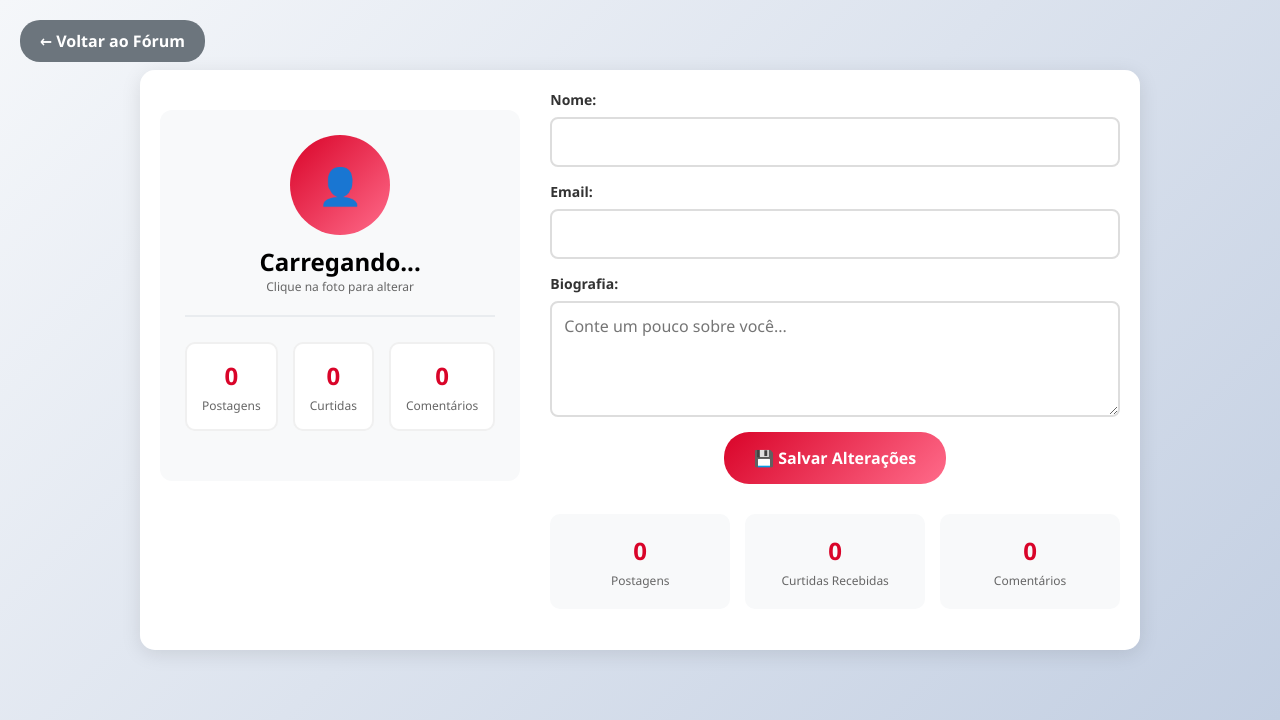
Repository: annaluizapm/MicroMidia
Page: front/HTML/perfil.html
The author's editor kept a copy of each file at every save. The page is drawn from the files as they stood at one save, then again after the next save.
The browser window is 1280 px wide. The pictures show the whole page.
The page's requests for data from a server got no answer. An inner scrolling area shows only its first screen.

Above is the page before, as saved 2025-08-16 00:41:05.

### front/HTML/perfil.html
<!DOCTYPE html>
<html lang="pt-BR">
<head>
    <meta charset="UTF-8">
    <meta name="viewport" content="width=device-width, initial-scale=1.0">
    <title>Meu Perfil - Micro Mídia</title>
    <link rel="stylesheet" href="../CSS/style.css">
    <style>
        body {
            margin: 0;
            padding: 0;
            background: linear-gradient(135deg, #f5f7fa 0%, #c3cfe2 100%);
            min-height: 100vh;
        }

        .perfil-container {
            max-width: 1000px;
            margin: 20px auto;
            padding: 20px;
            background: white;
            border-radius: 15px;
            box-shadow: 0 4px 20px rgba(0,0,0,0.1);
            height: calc(100vh - 140px);
            overflow-y: auto;
            display: grid;
            grid-template-columns: 1fr 2fr;
            gap: 30px;
        }

        .perfil-sidebar {
            background: #f8f9fa;
            padding: 25px;
            border-radius: 12px;
            height: fit-content;
            position: sticky;
            top: 20px;
        }

        .perfil-content {
            padding: 0;
        }

        .perfil-header {
            text-align: center;
            margin-bottom: 25px;
            padding-bottom: 20px;
            border-bottom: 2px solid #e9ecef;
        }

        .foto-perfil {
            width: 100px;
            height: 100px;
            border-radius: 50%;
            object-fit: cover;
            border: 3px solid #D90429;
            margin-bottom: 10px;
            cursor: pointer;
        }

        .foto-placeholder {
            width: 100px;
            height: 100px;
            border-radius: 50%;
            background: linear-gradient(135deg, #D90429, #ff6b8a);
            display: flex;
            align-items: center;
            justify-content: center;
            color: white;
            font-size: 36px;
            margin: 0 auto 10px;
            cursor: pointer;
        }

        .perfil-form {
            display: grid;
            gap: 15px;
            margin-bottom: 25px;
        }

        .form-group {
            display: flex;
            flex-direction: column;
        }

        .form-group label {
            font-weight: 600;
            color: #333;
            margin-bottom: 5px;
            font-size: 14px;
        }

        .form-group input,
        .form-group textarea {
            padding: 10px;
            border: 2px solid #ddd;
            border-radius: 8px;
            font-size: 14px;
            transition: border-color 0.3s;
        }

        .form-group input:focus,
        .form-group textarea:focus {
            outline: none;
            border-color: #D90429;
        }

        .stats-grid {
            display: grid;
            grid-template-columns: repeat(3, 1fr);
            gap: 15px;
            margin-bottom: 25px;
        }

        .stat-item {
            background: white;
            border: 2px solid #f0f0f0;
            padding: 15px;
            border-radius: 10px;
            text-align: center;
        }

        .stat-number {
            font-size: 24px;
            font-weight: bold;
            color: #D90429;
        }

        .stat-label {
            color: #666;
            font-size: 12px;
            margin-top: 3px;
        }

        .minhas-postagens {
            background: white;
            border-radius: 12px;
            padding: 20px;
            max-height: 400px;
            overflow-y: auto;
        }

        .minhas-postagens h3 {
            margin-top: 0;
            color: #333;
            border-bottom: 2px solid #f0f0f0;
            padding-bottom: 10px;
        }

        .post-item {
            background: #f8f9fa;
            padding: 12px;
            border-radius: 8px;
            margin-bottom: 10px;
            border-left: 3px solid #D90429;
        }

        .post-content {
            font-size: 14px;
            color: #333;
            margin-bottom: 5px;
        }

        .post-meta {
            font-size: 11px;
            color: #666;
            display: flex;
            justify-content: space-between;
        }
            gap: 20px;
        }

        .form-group {
            display: flex;
            flex-direction: column;
        }

        .form-group label {
            font-weight: 600;
            margin-bottom: 8px;
            color: #333;
        }

        .form-group input, .form-group textarea {
            padding: 12px;
            border: 2px solid #ddd;
            border-radius: 8px;
            font-size: 16px;
            transition: border-color 0.3s;
        }

        .form-group input:focus, .form-group textarea:focus {
            outline: none;
            border-color: #D90429;
            box-shadow: 0 0 0 3px rgba(217, 4, 41, 0.1);
        }

        .btn-salvar {
            background: linear-gradient(135deg, #D90429 0%, #ff6b8a 100%);
            color: white;
            border: none;
            padding: 15px 30px;
            border-radius: 25px;
            font-size: 16px;
            font-weight: 600;
            cursor: pointer;
            transition: all 0.3s ease;
            justify-self: center;
            width: fit-content;
        }

        .btn-salvar:hover {
            transform: translateY(-2px);
            box-shadow: 0 6px 20px rgba(217, 4, 41, 0.4);
        }

        .estatisticas {
            display: grid;
            grid-template-columns: repeat(auto-fit, minmax(150px, 1fr));
            gap: 15px;
            margin-top: 30px;
        }

        .stat-card {
            background: #f8f9fa;
            padding: 20px;
            border-radius: 10px;
            text-align: center;
        }

        .stat-number {
            font-size: 24px;
            font-weight: bold;
            color: #D90429;
        }

        .stat-label {
            color: #666;
            margin-top: 5px;
        }

        .minhas-postagens {
            margin-top: 40px;
        }

        .post-item {
            background: #f8f9fa;
            padding: 15px;
            border-radius: 10px;
            margin-bottom: 10px;
            border-left: 4px solid #D90429;
        }

        .post-content {
            margin-bottom: 10px;
        }

        .post-meta {
            font-size: 12px;
            color: #666;
            display: flex;
            justify-content: space-between;
        }

        #file-input {
            display: none;
        }

        .voltar-btn {
            position: absolute;
            top: 20px;
            left: 20px;
            background: #6c757d;
            color: white;
            text-decoration: none;
            padding: 10px 20px;
            border-radius: 20px;
            font-weight: 600;
            transition: all 0.3s;
        }

        .voltar-btn:hover {
            background: #5a6268;
            transform: translateY(-2px);
        }
    </style>
</head>
<body>
    <a href="forum.html" class="voltar-btn">← Voltar ao Fórum</a>

    <div class="perfil-container">
        <!-- Sidebar do Perfil -->
        <div class="perfil-sidebar">
            <div class="perfil-header">
                <div class="foto-placeholder" id="foto-container" onclick="document.getElementById('file-input').click()">
                    👤
                </div>
                <input type="file" id="file-input" accept="image/*" onchange="handleFotoUpload(event)">
                <h2 id="nome-usuario">Carregando...</h2>
                <p style="font-size: 12px; color: #666;">Clique na foto para alterar</p>
            </div>

            <div class="stats-grid">
                <div class="stat-item">
                    <div class="stat-number" id="total-postagens">0</div>
                    <div class="stat-label">Postagens</div>
                </div>
                <div class="stat-item">
                    <div class="stat-number" id="total-curtidas">0</div>
                    <div class="stat-label">Curtidas</div>
                </div>
                <div class="stat-item">
                    <div class="stat-number" id="total-comentarios">0</div>
                    <div class="stat-label">Comentários</div>
                </div>
            </div>
        </div>

        <!-- Conteúdo Principal -->
        <div class="perfil-content">
            <form class="perfil-form" id="perfil-form">
            <div class="form-group">
                <label for="nome">Nome:</label>
                <input type="text" id="nome" name="nome" required>
            </div>

            <div class="form-group">
                <label for="email">Email:</label>
                <input type="email" id="email" name="email" required>
            </div>

            <div class="form-group">
                <label for="bio">Biografia:</label>
                <textarea id="bio" name="bio" rows="4" placeholder="Conte um pouco sobre você..."></textarea>
            </div>

            <button type="submit" class="btn-salvar">💾 Salvar Alterações</button>
        </form>

        <div class="estatisticas">
            <div class="stat-card">
                <div class="stat-number" id="total-postagens">0</div>
                <div class="stat-label">Postagens</div>
            </div>
            <div class="stat-card">
                <div class="stat-number" id="total-curtidas">0</div>
                <div class="stat-label">Curtidas Recebidas</div>
            </div>
            <div class="stat-card">
                <div class="stat-number" id="total-comentarios">0</div>
                <div class="stat-label">Comentários</div>
            </div>
        </div>

        <div class="minhas-postagens">
            <h3>Minhas Postagens</h3>
            <div id="lista-postagens">
                <p>Carregando suas postagens...</p>
            </div>
        </div>
    </div>

    <script src="../JS/script.js"></script>
    <script>
        // Variável global para o usuário atual
        let usuarioAtual = JSON.parse(localStorage.getItem('usuarioLogado')) || {id: 1};

        // Carregar dados do perfil ao carregar a página
        document.addEventListener('DOMContentLoaded', async () => {
            await carregarPerfilUsuario();
            await carregarPostagensUsuario();
            await carregarEstatisticas();

            // Configurar formulário
            document.getElementById('perfil-form').addEventListener('submit', handleSalvarPerfil);
        });

        // Carregar dados do usuário
        async function carregarPerfilUsuario() {
            try {
                const response = await fetch(`${API_BASE_URL}/usuarios/${usuarioAtual.id}`);
                if (response.ok) {
                    const usuario = await response.json();

                    document.getElementById('nome-usuario').textContent = usuario.nome;
                    document.getElementById('nome').value = usuario.nome;
                    document.getElementById('email').value = usuario.email;
                    document.getElementById('bio').value = usuario.bio || '';

                    // Carregar foto se existir
                    if (usuario.foto_perfil) {
                        const fotoContainer = document.getElementById('foto-container');
                        fotoContainer.innerHTML = `<img src="${usuario.foto_perfil}" class="foto-perfil" alt="Foto do perfil">`;
                    }
                }
            } catch (error) {
                console.error('Erro ao carregar perfil:', error);
            }
        }

        // Salvar alterações do perfil
        async function handleSalvarPerfil(event) {
            event.preventDefault();

            const nome = document.getElementById('nome').value;
            const email = document.getElementById('email').value;
            const bio = document.getElementById('bio').value;

            try {
                const response = await fetch(`${API_BASE_URL}/usuarios/${usuarioAtual.id}`, {
                    method: 'PUT',
                    headers: {
                        'Content-Type': 'application/json'
                    },
                    body: JSON.stringify({ nome, email, bio })
                });

                if (response.ok) {
                    mostrarMensagem('Perfil atualizado com sucesso!', 'sucesso');
                    document.getElementById('nome-usuario').textContent = nome;

                    // Atualizar localStorage
                    usuarioAtual.nome = nome;
                    usuarioAtual.email = email;
                    usuarioAtual.bio = bio;
                    localStorage.setItem('usuarioLogado', JSON.stringify(usuarioAtual));
                } else {
                    mostrarMensagem('Erro ao atualizar perfil', 'erro');
                }
            } catch (error) {
                console.error('Erro ao salvar perfil:', error);
                mostrarMensagem('Erro de conexão', 'erro');
            }
        }

        // Upload de foto (simulado - só frontend por simplicidade)
        function handleFotoUpload(event) {
            const file = event.target.files[0];
            if (file) {
                const reader = new FileReader();
                reader.onload = function(e) {
                    const fotoContainer = document.getElementById('foto-container');
                    fotoContainer.innerHTML = `<img src="${e.target.result}" class="foto-perfil" alt="Foto do perfil">`;
                    mostrarMensagem('Foto alterada! (Salve para aplicar)', 'sucesso');
                };
                reader.readAsDataURL(file);
            }
        }

        // Carregar postagens do usuário
        async function carregarPostagensUsuario() {
            try {
                const response = await fetch(`${API_BASE_URL}/postagens`);
                if (response.ok) {
                    const todasPostagens = await response.json();
                    const minhasPostagens = todasPostagens.filter(p => p.usuario_id === usuarioAtual.id);

                    const container = document.getElementById('lista-postagens');

                    if (minhasPostagens.length === 0) {
                        container.innerHTML = '<p style="color: #666; font-style: italic;">Você ainda não fez nenhuma postagem.</p>';
                        return;
                    }

                    container.innerHTML = minhasPostagens.map(post => `
                        <div class="post-item">
                            <div class="post-content">${post.conteudo}</div>
                            <div class="post-meta">
                                <span>${new Date(post.criado_em).toLocaleString()}</span>
                                <span>❤️ ${post.curtidas || 0} | 💬 ${post.comentarios || 0}</span>
                            </div>
                        </div>
                    `).join('');
                }
            } catch (error) {
                console.error('Erro ao carregar postagens:', error);
                document.getElementById('lista-postagens').innerHTML = '<p>Erro ao carregar postagens</p>';
            }
        }

        // Carregar estatísticas
        async function carregarEstatisticas() {
            try {
                const response = await fetch(`${API_BASE_URL}/postagens`);
                if (response.ok) {
                    const todasPostagens = await response.json();
                    const minhasPostagens = todasPostagens.filter(p => p.usuario_id === usuarioAtual.id);

                    const totalPostagens = minhasPostagens.length;
                    const totalCurtidas = minhasPostagens.reduce((sum, post) => sum + (post.curtidas || 0), 0);
                    const totalComentarios = minhasPostagens.reduce((sum, post) => sum + (post.comentarios || 0), 0);

                    document.getElementById('total-postagens').textContent = totalPostagens;
                    document.getElementById('total-curtidas').textContent = totalCurtidas;
                    document.getElementById('total-comentarios').textContent = totalComentarios;
                }
            } catch (error) {
                console.error('Erro ao carregar estatísticas:', error);
            }
        }
    </script>
</body>
</html>

### front/CSS/style.css
* {
    margin: 0;
    padding: 0;
    box-sizing: border-box;
    font-family: 'Segoe UI', Tahoma, Geneva, Verdana, sans-serif;
}

body {
    display: flex;
    justify-content: center;
    align-items: center;
    height: 100vh;
    background: linear-gradient(135deg, #EBDFCC 0%, #d4c1a8 100%);
    overflow: hidden;
}

.container {
    display: flex;
    flex-direction: column;
    justify-content: center;
    align-items: center;
    gap: 30px;
    background: rgba(255, 255, 255, 0.9);
    padding: 40px;
    border-radius: 20px;
    box-shadow: 0 15px 35px rgba(0, 0, 0, 0.1);
    backdrop-filter: blur(10px);
    animation: fadeInUp 0.8s ease;
}

@keyframes fadeInUp {
    from {
        opacity: 0;
        transform: translateY(30px);
    }
    to {
        opacity: 1;
        transform: translateY(0);
    }
}

img {
    max-width: 120%;
    height: auto;
    border-radius: 15px;
    transition: transform 0.3s ease;
    box-shadow: 0 8px 25px rgba(0, 0, 0, 0.1);
}

img:hover {
    transform: scale(1.05);
}

.buttons {
    display: flex;
    flex-direction: row;
    justify-content: center;
    align-items: center;
    gap: 20px;
}

.btn-primary {
    padding: 15px 30px;
    background: linear-gradient(135deg, #D90429 0%, #ff6b8a 100%);
    color: white;
    border: none;
    border-radius: 25px;
    cursor: pointer;
    font-weight: 600;
    font-size: 16px;
    transition: all 0.3s ease;
    box-shadow: 0 4px 15px rgba(217, 4, 41, 0.3);
    position: relative;
    overflow: hidden;
}

.btn-primary:hover {
    transform: translateY(-3px);
    box-shadow: 0 6px 20px rgba(217, 4, 41, 0.4);
}

.btn-primary:active {
    transform: translateY(-1px);
}

.btn-primary::before {
    content: '';
    position: absolute;
    top: 0;
    left: -100%;
    width: 100%;
    height: 100%;
    background: linear-gradient(90deg, transparent, rgba(255,255,255,0.2), transparent);
    transition: left 0.5s;
}

.btn-primary:hover::before {
    left: 100%;
}

Loaded but not shown: front/JS/script.js (625 lines, source omitted)

After the next save:
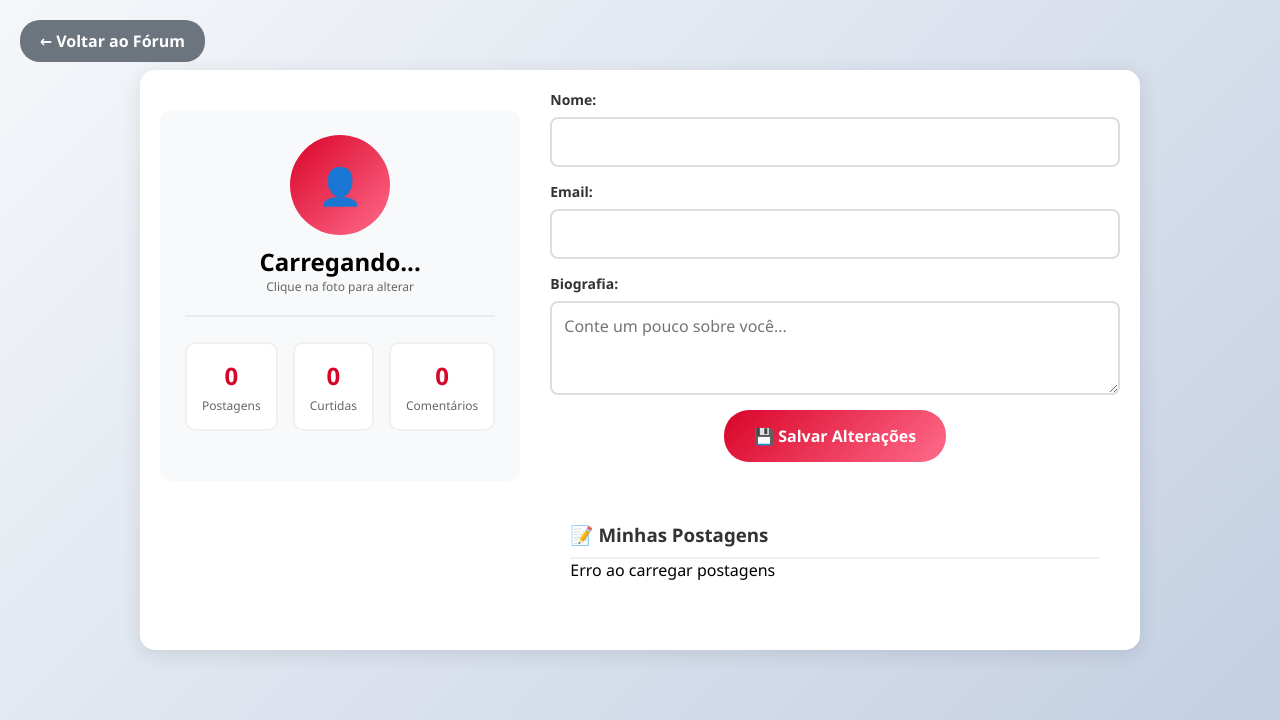
Saved 21 s later.
--- a/front/HTML/perfil.html
+++ b/front/HTML/perfil.html
@@ -318,43 +318,29 @@
         <!-- Conteúdo Principal -->
         <div class="perfil-content">
             <form class="perfil-form" id="perfil-form">
-            <div class="form-group">
-                <label for="nome">Nome:</label>
-                <input type="text" id="nome" name="nome" required>
-            </div>
-
-            <div class="form-group">
-                <label for="email">Email:</label>
-                <input type="email" id="email" name="email" required>
-            </div>
-
-            <div class="form-group">
-                <label for="bio">Biografia:</label>
-                <textarea id="bio" name="bio" rows="4" placeholder="Conte um pouco sobre você..."></textarea>
-            </div>
-
-            <button type="submit" class="btn-salvar">💾 Salvar Alterações</button>
-        </form>
-
-        <div class="estatisticas">
-            <div class="stat-card">
-                <div class="stat-number" id="total-postagens">0</div>
-                <div class="stat-label">Postagens</div>
-            </div>
-            <div class="stat-card">
-                <div class="stat-number" id="total-curtidas">0</div>
-                <div class="stat-label">Curtidas Recebidas</div>
-            </div>
-            <div class="stat-card">
-                <div class="stat-number" id="total-comentarios">0</div>
-                <div class="stat-label">Comentários</div>
-            </div>
-        </div>
-
-        <div class="minhas-postagens">
-            <h3>Minhas Postagens</h3>
-            <div id="lista-postagens">
-                <p>Carregando suas postagens...</p>
+                <div class="form-group">
+                    <label for="nome">Nome:</label>
+                    <input type="text" id="nome" name="nome" required>
+                </div>
+
+                <div class="form-group">
+                    <label for="email">Email:</label>
+                    <input type="email" id="email" name="email" required>
+                </div>
+
+                <div class="form-group">
+                    <label for="bio">Biografia:</label>
+                    <textarea id="bio" name="bio" rows="3" placeholder="Conte um pouco sobre você..."></textarea>
+                </div>
+
+                <button type="submit" class="btn-salvar">💾 Salvar Alterações</button>
+            </form>
+
+            <div class="minhas-postagens">
+                <h3>📝 Minhas Postagens</h3>
+                <div id="lista-postagens">
+                    <p style="text-align: center; color: #666; padding: 20px;">Carregando suas postagens...</p>
+                </div>
             </div>
         </div>
     </div>
